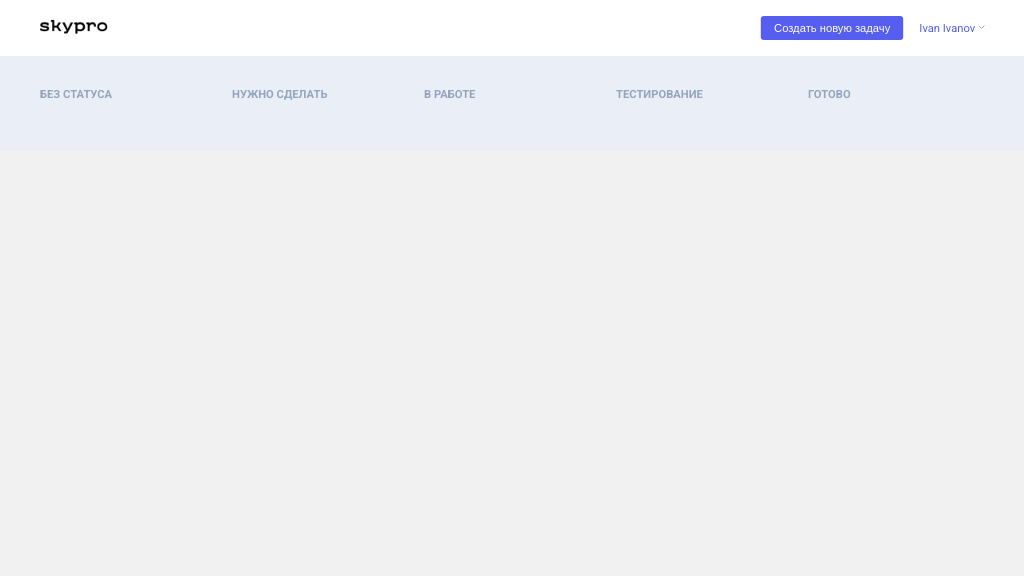
Repository: Olchik-resh/skypro-kanban
Page: /
The author's editor kept a copy of each file at every save. The page is drawn from the files as they stood at one save, then again after a run of saves.
The browser window is 1280 px wide. The pictures show the whole page, at 80% of full size.
The project was rebuilt for these pictures with package versions that can differ from the ones it lists, and the page was loaded fresh each time. Also part of the build but not shown: vite.config.js.

Above is the page before, as saved 2025-07-27 13:55:09.

### index.html
<!doctype html>
<html lang="">
  <head>
    <meta charset="UTF-8" />
    <link rel="icon" href="/public/favicon.ico" />
    <meta name="viewport" content="width=device-width, initial-scale=1.0" />
    <link rel="preconnect" href="https://fonts.googleapis.com" />
    <link rel="preconnect" href="https://fonts.gstatic.com" crossorigin />
    <link
      href="https://fonts.googleapis.com/css2?family=Roboto+Flex:opsz,wght@8..144,200;8..144,300;8..144,400;8..144,700;8..144,800;8..144,900&family=Roboto:wght@400;500;700&display=swap"
      rel="stylesheet"
    />
    <title>Skypro</title>
  </head>
  <body>
    <div id="app"></div>
    <script type="module" src="/src/main.js"></script>
  </body>
</html>

### src/views/HomeView.vue
<script setup>
import BaseHeader from '@/components/BaseHeader.vue'
import ExitModal from '@/components/ExitModal.vue'
import NewCardModal from '@/components/NewCardModal.vue'
import TaskDesk from '@/components/TaskDesk.vue'
import { onMounted, ref } from 'vue'

const loading = ref(true)
onMounted(() => {
  setTimeout(() => {
    loading.value = false
  }, 3000)
})
</script>

<template>
  <main>
    <div class="wrapper">
      <!-- pop-up start-->

      <div class="pop-exit" id="popExit">
        <ExitModal />
      </div>

      <div class="pop-new-card" id="popNewCard">
        <NewCardModal />
      </div>

      <div class="pop-browse" id="popBrowse">
        <div class="pop-browse__container">
          <div class="pop-browse__block">
            <div class="pop-browse__content">
              <div class="pop-browse__top-block">
                <h3 class="pop-browse__ttl">Название задачи</h3>
                <div class="categories__theme theme-top _orange _active-category">
                  <p class="_orange">Web Design</p>
                </div>
              </div>
              <div class="pop-browse__status status">
                <p class="status__p subttl">Статус</p>
                <div class="status__themes">
                  <div class="status__theme _hide">
                    <p>Без статуса</p>
                  </div>
                  <div class="status__theme _gray">
                    <p class="_gray">Нужно сделать</p>
                  </div>
                  <div class="status__theme _hide">
                    <p>В работе</p>
                  </div>
                  <div class="status__theme _hide">
                    <p>Тестирование</p>
                  </div>
                  <div class="status__theme _hide">
                    <p>Готово</p>
                  </div>
                </div>
              </div>
              <div class="pop-browse__wrap">
                <form class="pop-browse__form form-browse" id="formBrowseCard" action="#">
                  <div class="form-browse__block">
                    <label for="textArea01" class="subttl">Описание задачи</label>
                    <textarea
                      class="form-browse__area"
                      name="text"
                      id="textArea01"
                      readonly
                      placeholder="Введите описание задачи..."
                    ></textarea>
                  </div>
                </form>
                <div class="pop-new-card__calendar calendar">
                  <p class="calendar__ttl subttl">Даты</p>
                  <div class="calendar__block">
                    <div class="calendar__nav">
                      <div class="calendar__month">Сентябрь 2023</div>
                      <div class="nav__actions">
                        <div class="nav__action" data-action="prev">
                          <svg
                            xmlns="http://www.w3.org/2000/svg"
                            width="6"
                            height="11"
                            viewBox="0 0 6 11"
                          >
                            <path
                              d="M5.72945 1.95273C6.09018 1.62041 6.09018 1.0833 5.72945 0.750969C5.36622 0.416344 4.7754 0.416344 4.41218 0.750969L0.528487 4.32883C-0.176162 4.97799 -0.176162 6.02201 0.528487 6.67117L4.41217 10.249C4.7754 10.5837 5.36622 10.5837 5.72945 10.249C6.09018 9.9167 6.09018 9.37959 5.72945 9.04727L1.87897 5.5L5.72945 1.95273Z"
                            />
                          </svg>
                        </div>
                        <div class="nav__action" data-action="next">
                          <svg
                            xmlns="http://www.w3.org/2000/svg"
                            width="6"
                            height="11"
                            viewBox="0 0 6 11"
                          >
                            <path
                              d="M0.27055 9.04727C-0.0901833 9.37959 -0.0901832 9.9167 0.27055 10.249C0.633779 10.5837 1.2246 10.5837 1.58783 10.249L5.47151 6.67117C6.17616 6.02201 6.17616 4.97799 5.47151 4.32883L1.58782 0.75097C1.2246 0.416344 0.633778 0.416344 0.270549 0.75097C-0.0901831 1.0833 -0.090184 1.62041 0.270549 1.95273L4.12103 5.5L0.27055 9.04727Z"
                            />
                          </svg>
                        </div>
                      </div>
                    </div>
                    <div class="calendar__content">
                      <div class="calendar__days-names">
                        <div class="calendar__day-name">пн</div>
                        <div class="calendar__day-name">вт</div>
                        <div class="calendar__day-name">ср</div>
                        <div class="calendar__day-name">чт</div>
                        <div class="calendar__day-name">пт</div>
                        <div class="calendar__day-name -weekend-">сб</div>
                        <div class="calendar__day-name -weekend-">вс</div>
                      </div>
                      <div class="calendar__cells">
                        <div class="calendar__cell _other-month">28</div>
                        <div class="calendar__cell _other-month">29</div>
                        <div class="calendar__cell _other-month">30</div>
                        <div class="calendar__cell _cell-day">31</div>
                        <div class="calendar__cell _cell-day">1</div>
                        <div class="calendar__cell _cell-day _weekend">2</div>
                        <div class="calendar__cell _cell-day _weekend">3</div>
                        <div class="calendar__cell _cell-day">4</div>
                        <div class="calendar__cell _cell-day">5</div>
                        <div class="calendar__cell _cell-day">6</div>
                        <div class="calendar__cell _cell-day">7</div>
                        <div class="calendar__cell _cell-day _current">8</div>
                        <div class="calendar__cell _cell-day _weekend _active-day">9</div>
                        <div class="calendar__cell _cell-day _weekend">10</div>
                        <div class="calendar__cell _cell-day">11</div>
                        <div class="calendar__cell _cell-day">12</div>
                        <div class="calendar__cell _cell-day">13</div>
                        <div class="calendar__cell _cell-day">14</div>
                        <div class="calendar__cell _cell-day">15</div>
                        <div class="calendar__cell _cell-day _weekend">16</div>
                        <div class="calendar__cell _cell-day _weekend">17</div>
                        <div class="calendar__cell _cell-day">18</div>
                        <div class="calendar__cell _cell-day">19</div>
                        <div class="calendar__cell _cell-day">20</div>
                        <div class="calendar__cell _cell-day">21</div>
                        <div class="calendar__cell _cell-day">22</div>
                        <div class="calendar__cell _cell-day _weekend">23</div>
                        <div class="calendar__cell _cell-day _weekend">24</div>
                        <div class="calendar__cell _cell-day">25</div>
                        <div class="calendar__cell _cell-day">26</div>
                        <div class="calendar__cell _cell-day">27</div>
                        <div class="calendar__cell _cell-day">28</div>
                        <div class="calendar__cell _cell-day">29</div>
                        <div class="calendar__cell _cell-day _weekend">30</div>
                        <div class="calendar__cell _other-month _weekend">1</div>
                      </div>
                    </div>

                    <input type="hidden" id="datepick_value" value="08.09.2023" />
                    <div class="calendar__period">
                      <p class="calendar__p date-end">
                        Срок исполнения: <span class="date-control">09.09.23</span>
                      </p>
                    </div>
                  </div>
                </div>
              </div>
              <div class="theme-down__categories theme-down">
                <p class="categories__p subttl">Категория</p>
                <div class="categories__theme _orange _active-category">
                  <p class="_orange">Web Design</p>
                </div>
              </div>
              <div class="pop-browse__btn-browse">
                <div class="btn-group">
                  <button class="btn-browse__edit _btn-bor _hover03">
                    <a href="#">Редактировать задачу</a>
                  </button>
                  <button class="btn-browse__delete _btn-bor _hover03">
                    <a href="#">Удалить задачу</a>
                  </button>
                </div>
                <button class="btn-browse__close _btn-bg _hover01"><a href="#">Закрыть</a></button>
              </div>
              <div class="pop-browse__btn-edit _hide">
                <div class="btn-group">
                  <button class="btn-edit__edit _btn-bg _hover01"><a href="#">Сохранить</a></button>
                  <button class="btn-edit__edit _btn-bor _hover03"><a href="#">Отменить</a></button>
                  <button class="btn-edit__delete _btn-bor _hover03" id="btnDelete">
                    <a href="#">Удалить задачу</a>
                  </button>
                </div>
                <button class="btn-edit__close _btn-bg _hover01"><a href="#">Закрыть</a></button>
              </div>
            </div>
          </div>
        </div>
      </div>

      <!-- pop-up end-->
      <BaseHeader />
      <div class="loader" v-if="loading">Данные загружаются...</div>
      <TaskDesk v-else :loading="loading" />
    </div>
  </main>
</template>

### src/components/BaseHeader.vue
<template>
  <header class="header">
    <div class="container">
      <div class="header__block">
        <div class="header__logo _show _light">
          <a href="" target="_self"><img src="/src/assets/images/logo.png" alt="logo" /></a>
        </div>
        <div class="header__logo _dark">
          <a href="" target="_self"><img src="/src/assets/images/logo_dark.png" alt="logo" /></a>
        </div>
        <nav class="header__nav">
          <button class="header__btn-main-new _hover01" id="btnMainNew">
            <a href="#popNewCard">Создать новую задачу</a>
          </button>
          <UserModal />
        </nav>
      </div>
    </div>
  </header>
</template>

<script setup>
import UserModal from './UserModal.vue'
</script>

<style lang="scss" scoped></style>

### src/components/ExitModal.vue
<template>
  <div class="pop-exit__container">
    <div class="pop-exit__block">
      <div class="pop-exit__ttl">
        <h2>Выйти из аккаунта?</h2>
      </div>
      <form class="pop-exit__form" id="formExit" action="#">
        <div class="pop-exit__form-group">
          <button class="pop-exit__exit-yes _hover01" id="exitYes">
            <a href="modal/signin.html">Да, выйти</a>
          </button>
          <button class="pop-exit__exit-no _hover03" id="exitNo">
            <a href="main.html">Нет, остаться</a>
          </button>
        </div>
      </form>
    </div>
  </div>
</template>

<script setup></script>

<style lang="scss" scoped></style>

### src/components/NewCardModal.vue
<template>
  <div class="pop-new-card__container">
    <div class="pop-new-card__block">
      <div class="pop-new-card__content">
        <h3 class="pop-new-card__ttl">Создание задачи</h3>
        <a href="#" class="pop-new-card__close">&#10006;</a>
        <div class="pop-new-card__wrap">
          <form class="pop-new-card__form form-new" id="formNewCard" action="#">
            <div class="form-new__block">
              <label for="formTitle" class="subttl">Название задачи</label>
              <input
                class="form-new__input"
                type="text"
                name="name"
                id="formTitle"
                placeholder="Введите название задачи..."
                autofocus
              />
            </div>
            <div class="form-new__block">
              <label for="textArea" class="subttl">Описание задачи</label>
              <textarea
                class="form-new__area"
                name="text"
                id="textArea"
                placeholder="Введите описание задачи..."
              ></textarea>
            </div>
          </form>
          <div class="pop-new-card__calendar calendar">
            <p class="calendar__ttl subttl">Даты</p>
            <div class="calendar__block">
              <div class="calendar__nav">
                <div class="calendar__month">Сентябрь 2023</div>
                <div class="nav__actions">
                  <div class="nav__action" data-action="prev">
                    <svg
                      xmlns="http://www.w3.org/2000/svg"
                      width="6"
                      height="11"
                      viewBox="0 0 6 11"
                    >
                      <path
                        d="M5.72945 1.95273C6.09018 1.62041 6.09018 1.0833 5.72945 0.750969C5.36622 0.416344 4.7754 0.416344 4.41218 0.750969L0.528487 4.32883C-0.176162 4.97799 -0.176162 6.02201 0.528487 6.67117L4.41217 10.249C4.7754 10.5837 5.36622 10.5837 5.72945 10.249C6.09018 9.9167 6.09018 9.37959 5.72945 9.04727L1.87897 5.5L5.72945 1.95273Z"
                      />
                    </svg>
                  </div>
                  <div class="nav__action" data-action="next">
                    <svg
                      xmlns="http://www.w3.org/2000/svg"
                      width="6"
                      height="11"
                      viewBox="0 0 6 11"
                    >
                      <path
                        d="M0.27055 9.04727C-0.0901833 9.37959 -0.0901832 9.9167 0.27055 10.249C0.633779 10.5837 1.2246 10.5837 1.58783 10.249L5.47151 6.67117C6.17616 6.02201 6.17616 4.97799 5.47151 4.32883L1.58782 0.75097C1.2246 0.416344 0.633778 0.416344 0.270549 0.75097C-0.0901831 1.0833 -0.090184 1.62041 0.270549 1.95273L4.12103 5.5L0.27055 9.04727Z"
                      />
                    </svg>
                  </div>
                </div>
              </div>
              <div class="calendar__content">
                <div class="calendar__days-names">
                  <div class="calendar__day-name">пн</div>
                  <div class="calendar__day-name">вт</div>
                  <div class="calendar__day-name">ср</div>
                  <div class="calendar__day-name">чт</div>
                  <div class="calendar__day-name">пт</div>
                  <div class="calendar__day-name -weekend-">сб</div>
                  <div class="calendar__day-name -weekend-">вс</div>
                </div>
                <div class="calendar__cells">
                  <div class="calendar__cell _other-month">28</div>
                  <div class="calendar__cell _other-month">29</div>
                  <div class="calendar__cell _other-month">30</div>
                  <div class="calendar__cell _cell-day">31</div>
                  <div class="calendar__cell _cell-day">1</div>
                  <div class="calendar__cell _cell-day _weekend">2</div>
                  <div class="calendar__cell _cell-day _weekend">3</div>
                  <div class="calendar__cell _cell-day">4</div>
                  <div class="calendar__cell _cell-day">5</div>
                  <div class="calendar__cell _cell-day">6</div>
                  <div class="calendar__cell _cell-day">7</div>
                  <div class="calendar__cell _cell-day _current">8</div>
                  <div class="calendar__cell _cell-day _weekend">9</div>
                  <div class="calendar__cell _cell-day _weekend">10</div>
                  <div class="calendar__cell _cell-day">11</div>
                  <div class="calendar__cell _cell-day">12</div>
                  <div class="calendar__cell _cell-day">13</div>
                  <div class="calendar__cell _cell-day">14</div>
                  <div class="calendar__cell _cell-day">15</div>
                  <div class="calendar__cell _cell-day _weekend">16</div>
                  <div class="calendar__cell _cell-day _weekend">17</div>
                  <div class="calendar__cell _cell-day">18</div>
                  <div class="calendar__cell _cell-day">19</div>
                  <div class="calendar__cell _cell-day">20</div>
                  <div class="calendar__cell _cell-day">21</div>
                  <div class="calendar__cell _cell-day">22</div>
                  <div class="calendar__cell _cell-day _weekend">23</div>
                  <div class="calendar__cell _cell-day _weekend">24</div>
                  <div class="calendar__cell _cell-day">25</div>
                  <div class="calendar__cell _cell-day">26</div>
                  <div class="calendar__cell _cell-day">27</div>
                  <div class="calendar__cell _cell-day">28</div>
                  <div class="calendar__cell _cell-day">29</div>
                  <div class="calendar__cell _cell-day _weekend">30</div>
                  <div class="calendar__cell _other-month _weekend">1</div>
                </div>
              </div>

              <input type="hidden" id="datepick_value" value="08.09.2023" />
              <div class="calendar__period">
                <p class="calendar__p date-end">
                  Выберите срок исполнения <span class="date-control"></span>.
                </p>
              </div>
            </div>
          </div>
        </div>
        <div class="pop-new-card__categories categories">
          <p class="categories__p subttl">Категория</p>
          <div class="categories__themes">
            <div class="categories__theme _orange _active-category">
              <p class="_orange">Web Design</p>
            </div>
            <div class="categories__theme _green">
              <p class="_green">Research</p>
            </div>
            <div class="categories__theme _purple">
              <p class="_purple">Copywriting</p>
            </div>
          </div>
        </div>
        <button class="form-new__create _hover01" id="btnCreate">Создать задачу</button>
      </div>
    </div>
  </div>
</template>

<script setup></script>

<style lang="scss" scoped></style>

### src/components/TaskDesk.vue
<template>
  <main class="main">
    <div class="container">
      <div class="main__block">
        <div class="main__content">
          <TaskColumn :tasks="noStatusTask" title="Без статуса" />
          <TaskColumn :tasks="doStatusTask" title="Нужно сделать" />
          <TaskColumn :tasks="workStatusTask" title="В работе" />
          <TaskColumn :tasks="testStatusTask" title="Тестирование" />
          <TaskColumn :tasks="readyStatusTask" title="Готово" />
        </div>
      </div>
    </div>
  </main>
</template>

<script setup>
import { computed, onMounted, ref } from 'vue'
import TaskColumn from './TaskColumn.vue'
import { getTasks } from './mokcs/tasks.js'
const tasks = ref([])
const noStatusTask = computed(() => {
  return tasks.value.filter((el) => {
    return el.status === 'Без статуса'
  })
})
const doStatusTask = computed(() => {
  return tasks.value.filter((el) => {
    return el.status === 'Нужно сделать'
  })
})
const workStatusTask = computed(() => {
  return tasks.value.filter((el) => {
    return el.status === 'В работе'
  })
})
const testStatusTask = computed(() => {
  return tasks.value.filter((el) => {
    return el.status === 'Тестирование'
  })
})
const readyStatusTask = computed(() => {
  return tasks.value.filter((el) => {
    return el.status === 'Готово'
  })
})
onMounted(() => {
  tasks.value = getTasks()
})
</script>

<style lang="scss" scoped></style>

### src/components/UserModal.vue
<template>
  <a
    href="#user-set-target"
    class="header__user _hover02"
    @click="isUserModalVisible = !isUserModalVisible"
    >Ivan Ivanov</a
  >
  <div class="header__pop-user-set pop-user-set" id="user-set-target" v-if="!isUserModalVisible">
    <p class="pop-user-set__name">Ivan Ivanov</p>
    <p class="pop-user-set__mail">ivan.ivanov@gmail.com</p>
    <div class="pop-user-set__theme">
      <p>Темная тема</p>
      <input type="checkbox" class="checkbox" name="checkbox" />
    </div>
    <button type="button" class="_hover03"><a href="#popExit">Выйти</a></button>
  </div>
</template>

<script setup>
import { ref } from 'vue'
const isUserModalVisible = ref(true)
</script>

<style lang="scss" scoped></style>

### src/components/TaskColumn.vue
<template>
  <div class="main__column column">
    <div class="column__title">
      <p>{{ title }}</p>
    </div>
    <TaskCard v-for="task in tasks" :key="task.id" :title="task.title" :status="task.status" />
  </div>
</template>

<script setup>
import TaskCard from './TaskCard.vue'

defineProps({
  tasks: { type: Array, require: true },
  title: { type: String, require: true },
})
</script>

<style lang="scss" scoped></style>

### src/components/TaskCard.vue
<template>
  <div class="cards" v-for="task in tasks" :key="task.id">
    <div class="cards__item">
      <div class="cards__card card">
        <div class="card__group">
          <div class="card__theme _orange">
            <p class="_orange">{{ topic }}</p>
          </div>
          <a href="#popBrowse" target="_self">
            <div class="card__btn">
              <div></div>
              <div></div>
              <div></div>
            </div>
          </a>
        </div>
        <div class="card__content">
          <a href="" target="_blank">
            <h3 class="card__title">{{ title }}</h3>
          </a>
          <div class="card__date">
            <svg
              xmlns="http://www.w3.org/2000/svg"
              width="13"
              height="13"
              viewBox="0 0 13 13"
              fill="none"
            >
              <g clip-path="url(#clip0_1_415)">
                <path
                  d="M10.5625 2.03125H2.4375C1.7644 2.03125 1.21875 2.5769 1.21875 3.25V10.5625C1.21875 11.2356 1.7644 11.7812 2.4375 11.7812H10.5625C11.2356 11.7812 11.7812 11.2356 11.7812 10.5625V3.25C11.7812 2.5769 11.2356 2.03125 10.5625 2.03125Z"
                  stroke="#94A6BE"
                  stroke-width="0.8"
                  stroke-linejoin="round"
                />
                <path
                  d="M11.7812 4.0625H1.21875M3.25 1.21875V2.03125V1.21875ZM9.75 1.21875V2.03125V1.21875Z"
                  stroke="#94A6BE"
                  stroke-width="0.8"
                  stroke-linecap="round"
                  stroke-linejoin="round"
                />
              </g>
              <defs>
                <clipPath id="clip0_1_415">
                  <rect width="13" height="13" fill="white" />
                </clipPath>
              </defs>
            </svg>
            <p>{{ date }}</p>
          </div>
        </div>
      </div>
    </div>
  </div>
</template>

<script setup>
// import { getTasks } from './mokcs/tasks.js'
// import { onMounted, ref } from 'vue'
// const tasks = ref([])
// onMounted(() => {
//   tasks.value = getTasks()
// });
defineProps({
  topic: String,
  title: String,
  date: String,
  status: String,
})
</script>

<style lang="scss" scoped></style>

Loaded but not shown: src/App.vue (common file); src/router/index.js (common file); src/components/mokcs/tasks.js (15 lines, source omitted); src/main.js (8 lines, source omitted); src/assets/css/main.css (1107 lines, source omitted)

After the next 9 saves:
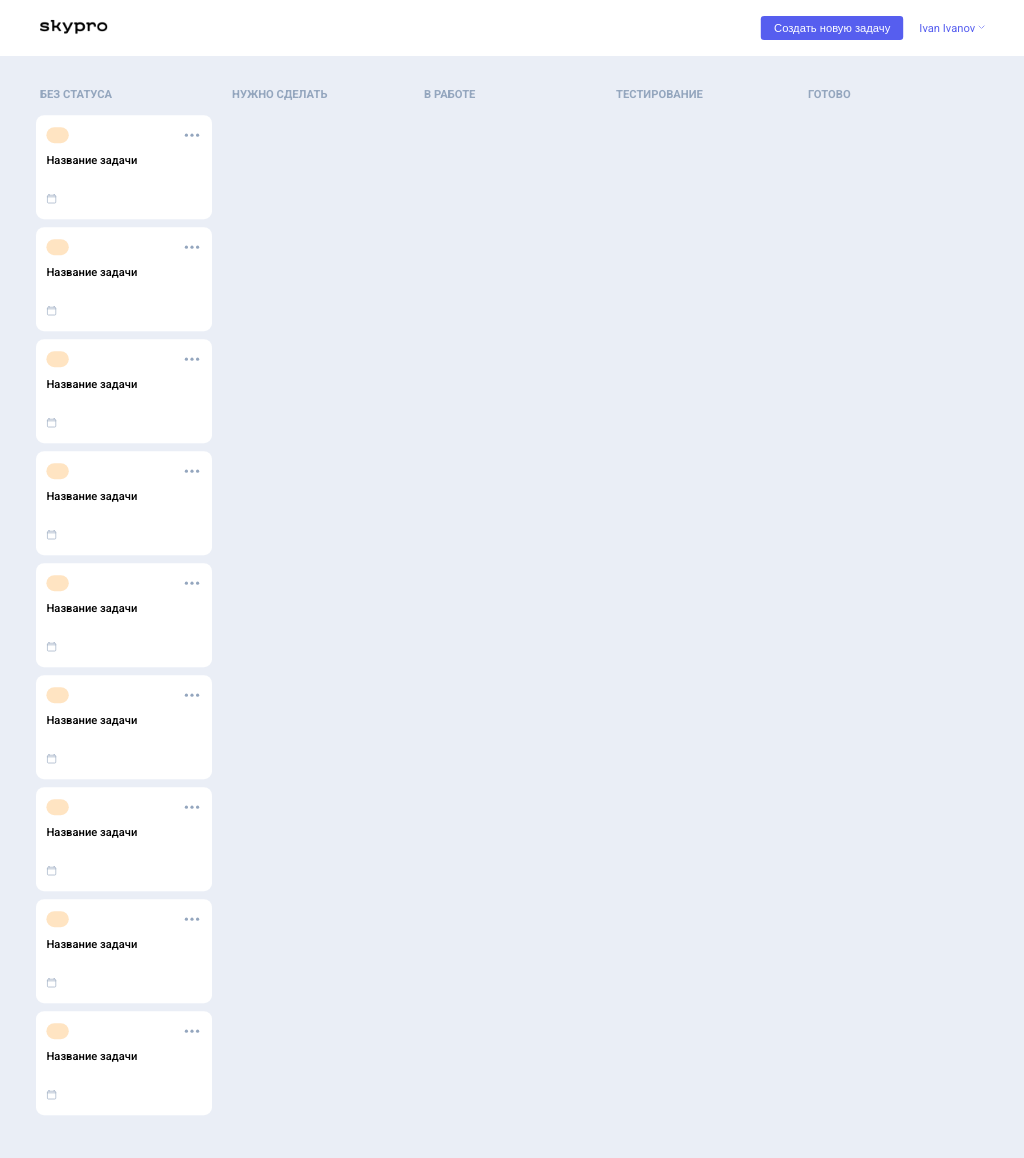
The 9 saves are shown as one change because 3 did not build or start and some came seconds apart.
The last was saved 31 s later.
--- a/src/components/TaskCard.vue
+++ b/src/components/TaskCard.vue
@@ -56,13 +56,14 @@
 </template>
 
 <script setup>
-// import { getTasks } from './mokcs/tasks.js'
-// import { onMounted, ref } from 'vue'
-// const tasks = ref([])
-// onMounted(() => {
-//   tasks.value = getTasks()
-// });
+import { getTasks } from './mokcs/tasks.js'
+import { onMounted, ref } from 'vue'
+const tasks = ref([])
+onMounted(() => {
+  tasks.value = getTasks()
+});
 defineProps({
+  id: String,
   topic: String,
   title: String,
   date: String,
